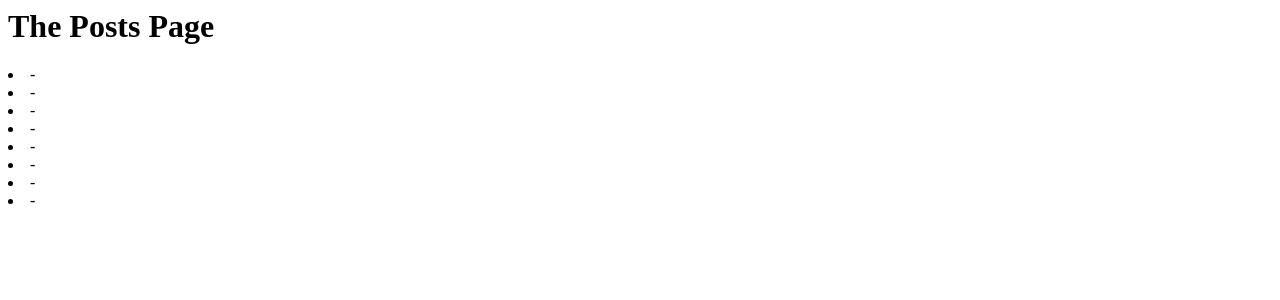
Repository: BendikOlsen/WebDev-Course
Page: http://localhost/posts
The author's editor kept a record of every edit. The page is drawn from the files as they stood at one moment, then again after the next edit.
The browser window is 1280 px wide. The pictures show the whole page.
The page is served by the project's Node server (IntroToExpress/MoreExpress/EJSDemo/app.js).

Above is the page before.

After the next edit:
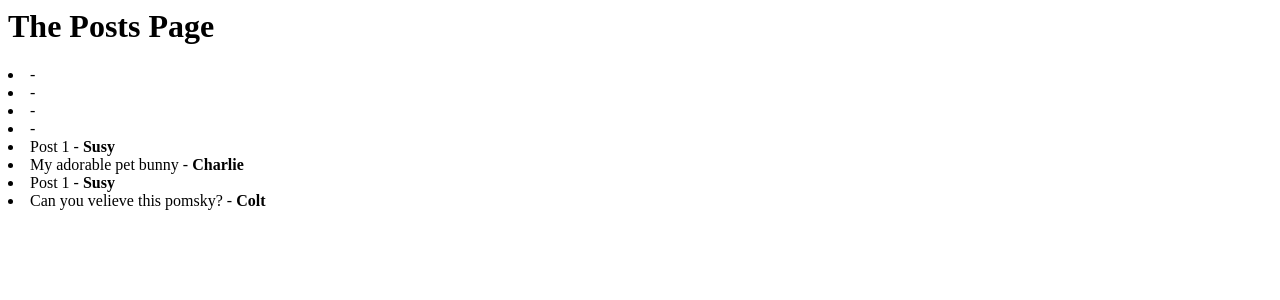
The edit:
--- a/JS/chapter 22-23/workspace/IntroToExpress/MoreExpress/EJSDemo/views/posts.ejs
+++ b/JS/chapter 22-23/workspace/IntroToExpress/MoreExpress/EJSDemo/views/posts.ejs
@@ -8,6 +8,6 @@
 
 <% posts.forEach(function(post){ %>
     <li>
-        <%= posts.title %> - <strong><%= posts.author %></strong>
+        <%= post.title %> - <strong><%= post.author %></strong>
     </li>
 <% }) %>
